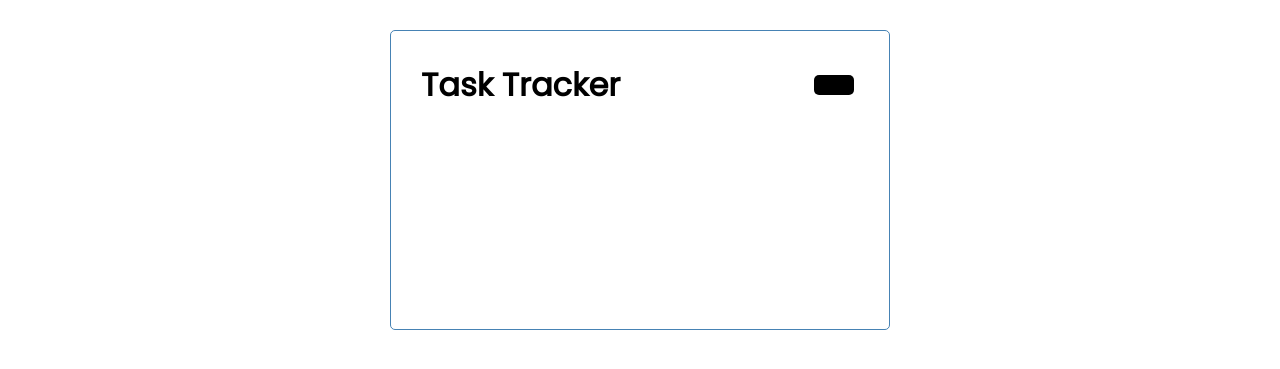
Repository: Samkiroko/task-tracker-app
Page: /
These files come from the project's save history. The page is drawn as it stood at one moment and after the next save; the edit follows.
The browser window is 1280 px wide. The pictures show the whole page.
The project was rebuilt for these pictures with package versions that can differ from the ones it lists, and the page was loaded fresh each time.

Above is the page before, as saved 2021-08-02 13:32:46.

After the next save:
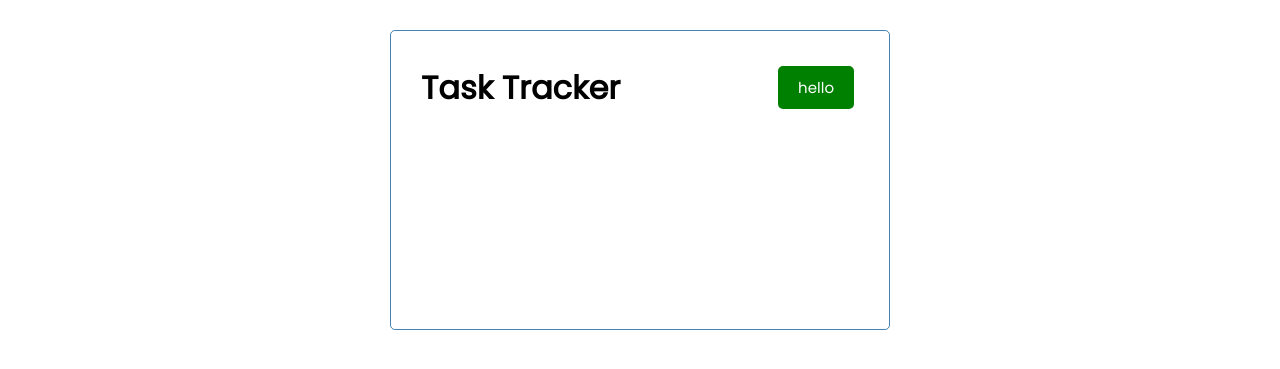
Saved 42 s later.
--- a/src/components/Header.js
+++ b/src/components/Header.js
@@ -5,7 +5,7 @@ const Header = ({ title }) => {
   return (
     <header className='header'>
       <h1>{title}</h1>
-      <Button />
+      <Button color='green' text='hello' />
     </header>
   )
 }
